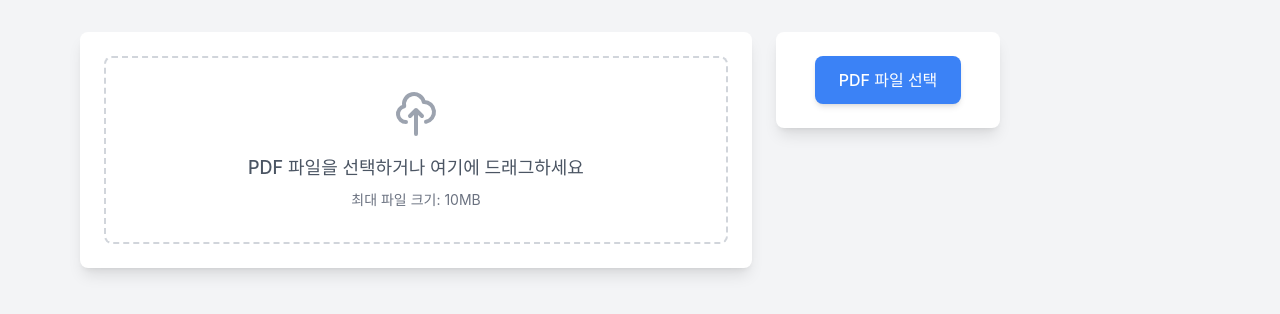
Repository: orcaCrew/PDF-Handler
Page: /
The author's editor kept a copy of each file at every save. The page is drawn from the files as they stood at one save, then again after the next save.
The browser window is 1280 px wide. The pictures show the whole page.
The project was rebuilt for these pictures with package versions that can differ from the ones it lists, and the page was loaded fresh each time.

Above is the page before, as saved 2025-07-18 16:21:23.

### public/index.html
<!DOCTYPE html>
<html lang="ko">
  <head>
    <meta charset="utf-8" />
    <link rel="icon" href="%PUBLIC_URL%/favicon.ico" />
    <meta name="viewport" content="width=device-width, initial-scale=1" />
    <meta name="theme-color" content="#000000" />
    <meta
      name="description"
      content="PDF 파일 미리보기 애플리케이션"
    />
    <title>PDF 미리보기</title>
  </head>
  <body>
    <noscript>이 앱을 실행하려면 JavaScript를 활성화해야 합니다.</noscript>
    <div id="root"></div>
  </body>
</html>

### src/App.js
import React, { useState, useRef, useEffect } from 'react';
import { Document, Page, pdfjs } from 'react-pdf';
import 'react-pdf/dist/esm/Page/AnnotationLayer.css';
import 'react-pdf/dist/esm/Page/TextLayer.css';

pdfjs.GlobalWorkerOptions.workerSrc = `//cdnjs.cloudflare.com/ajax/libs/pdf.js/${pdfjs.version}/pdf.worker.min.js`;

function App() {
  const [file, setFile] = useState(null);
  const [numPages, setNumPages] = useState(null);
  const [pageNumber, setPageNumber] = useState(1);
  const [loading, setLoading] = useState(false);
  const [isDragOver, setIsDragOver] = useState(false);
  const [loadedPages, setLoadedPages] = useState(new Set());
  const [displayedPages, setDisplayedPages] = useState(3); // lazy 로드 시작 수
  const fileInputRef = useRef(null);
  const loaderRef = useRef(null); // 스크롤 lazy 트리거용

  // Intersection Observer로 lazy loading 구현
  useEffect(() => {
    if (!loaderRef.current) return;
    const observer = new IntersectionObserver(
      ([entry]) => {
        if (entry.isIntersecting && numPages && displayedPages < numPages) {
          setDisplayedPages(prev => Math.min(prev + 3, numPages));
        }
      },
      { threshold: 1 }
    );
    observer.observe(loaderRef.current);
    return () => observer.disconnect();
  }, [displayedPages, numPages]);

  const onFileChange = (event) => {
    const { files } = event.target;
    if (files && files[0]) {
      setFile(files[0]);
      setPageNumber(1);
      setLoadedPages(new Set());
      setDisplayedPages(3);
    }
    event.target.value = '';
  };

  const handleDragOver = (e) => {
    e.preventDefault();
    setIsDragOver(true);
  };

  const handleDragLeave = (e) => {
    e.preventDefault();
    setIsDragOver(false);
  };

  const handleDrop = (e) => {
    e.preventDefault();
    setIsDragOver(false);
    const droppedFiles = e.dataTransfer.files;
    if (droppedFiles && droppedFiles[0]) {
      const droppedFile = droppedFiles[0];
      if (droppedFile.type === 'application/pdf') {
        setFile(droppedFile);
        setPageNumber(1);
        setLoadedPages(new Set());
        setDisplayedPages(3);
      } else {
        alert('PDF 파일만 업로드 가능합니다.');
      }
    }
  };

  const onDocumentLoadSuccess = ({ numPages }) => {
    setNumPages(numPages);
    setLoading(false);
  };

  const onDocumentLoadError = (error) => {
    console.error('PDF 로드 오류:', error);
    setLoading(false);
  };

  const onPageLoadSuccess = (pageNumber) => {
    setLoadedPages(prev => {
      const newSet = new Set([...prev, pageNumber]);
      return newSet;
    });
  };

  return (
    <div className="min-h-screen bg-gray-100 py-8">
      <div className="max-w-6xl mx-auto px-4 space-y-6">
        <div className="flex flex-col lg:flex-row gap-6">
          {/* 미리보기 영역 */}
          <div className="lg:w-3/5">
            <div className="bg-white rounded-lg shadow-lg p-6">
              {file ? (
                <div className="space-y-6">
                  <div className="flex items-center justify-between">
                    <h2 className="text-xl font-semibold text-gray-800">
                      {file.name}
                    </h2>
                    <div className="text-gray-600">
                      총 {numPages || '...'} 페이지
                    </div>
                  </div>

                  <div className="space-y-4 max-h-[40rem] overflow-y-auto">
                    {loading && (
                      <div className="flex items-center justify-center p-8">
                        <div className="animate-spin rounded-full h-8 w-8 border-b-2 border-blue-500"></div>
                        <span className="ml-2 text-gray-600">PDF 로딩 중...</span>
                      </div>
                    )}

                    <Document
                      file={file}
                      onLoadSuccess={onDocumentLoadSuccess}
                      onLoadError={onDocumentLoadError}
                      onLoadStart={() => setLoading(true)}
                      loading={
                        <div className="flex items-center justify-center p-8">
                          <div className="animate-spin rounded-full h-8 w-8 border-b-2 border-blue-500"></div>
                          <span className="ml-2 text-gray-600">PDF 로딩 중...</span>
                        </div>
                      }
                    >
                      {numPages &&
                        Array.from(
                          new Array(Math.min(displayedPages, numPages)),
                          (el, index) => (
                            <div
                              key={`page_${index + 1}`}
                              className={`border-2 rounded-lg p-4 bg-white hover:shadow-md transition-shadow cursor-pointer ${
                                pageNumber === index + 1
                                  ? 'border-blue-500 bg-blue-50'
                                  : 'border-gray-200'
                              }`}
                              onClick={() => setPageNumber(index + 1)}
                            >
                              <div className="flex items-center space-x-4">
                                <div className="flex-shrink-0">
                                  <Page
                                    pageNumber={index + 1}
                                    width={120}
                                    renderTextLayer={false}
                                    renderAnnotationLayer={false}
                                    onLoadSuccess={() => onPageLoadSuccess(index + 1)}
                                    loading={
                                      <div className="w-30 h-40 bg-gray-200 rounded flex items-center justify-center">
                                        <div className="animate-spin rounded-full h-6 w-6 border-b-2 border-blue-500"></div>
                                      </div>
                                    }
                                  />
                                </div>
                                <div className="flex-1">
                                  <h3 className="text-lg font-semibold text-gray-800">
                                    {index + 1} 페이지
                                  </h3>
                                </div>
                              </div>
                            </div>
                          )
                        )}
                    </Document>

                    {/* lazy-load 트리거 */}
                    <div ref={loaderRef} className="h-12" />
                  </div>
                </div>
              ) : (
                <div
                  className={`border-2 border-dashed rounded-lg p-8 text-center transition-colors h-full flex items-center justify-center ${
                    isDragOver
                      ? 'border-blue-500 bg-blue-50'
                      : 'border-gray-300 hover:border-blue-400'
                  }`}
                  onDragOver={handleDragOver}
                  onDragLeave={handleDragLeave}
                  onDrop={handleDrop}
                >
                  <label
                    htmlFor="file-upload"
                    className="cursor-pointer flex flex-col items-center"
                  >
                    <svg
                      className="w-12 h-12 text-gray-400 mb-4"
                      fill="none"
                      stroke="currentColor"
                      viewBox="0 0 24 24"
                    >
                      <path
                        strokeLinecap="round"
                        strokeLinejoin="round"
                        strokeWidth={2}
                        d="M7 16a4 4 0 01-.88-7.903A5 5 0 1115.9 6L16 6a5 5 0 011 9.9M15 13l-3-3m0 0l-3 3m3-3v12"
                      />
                    </svg>
                    <span className="text-lg font-medium text-gray-600">
                      PDF 파일을 선택하거나 여기에 드래그하세요
                    </span>
                    <span className="text-sm text-gray-500 mt-2">
                      최대 파일 크기: 10MB
                    </span>
                  </label>
                </div>
              )}
            </div>
          </div>

          {/* 선택 버튼 영역 */}
          <div className="lg:w-1/5">
            <div className="bg-white rounded-lg shadow-lg p-6">
              <div className="flex justify-center">
                <button
                  onClick={() => {
                    fileInputRef.current?.click();
                  }}
                  className="px-6 py-3 bg-blue-500 text-white rounded-lg hover:bg-blue-600 transition-colors font-medium shadow-md"
                >
                  {file ? 'PDF 파일 변경' : 'PDF 파일 선택'}
                </button>
              </div>
              <input
                ref={fileInputRef}
                type="file"
                accept=".pdf"
                onChange={onFileChange}
                className="hidden"
                id="file-upload"
              />
            </div>
          </div>
        </div>
      </div>
    </div>
  );
}

export default App;

Loaded but not shown: src/index.js (common file); src/index.css (common file); tailwind.config.js (common file)

After the next save:
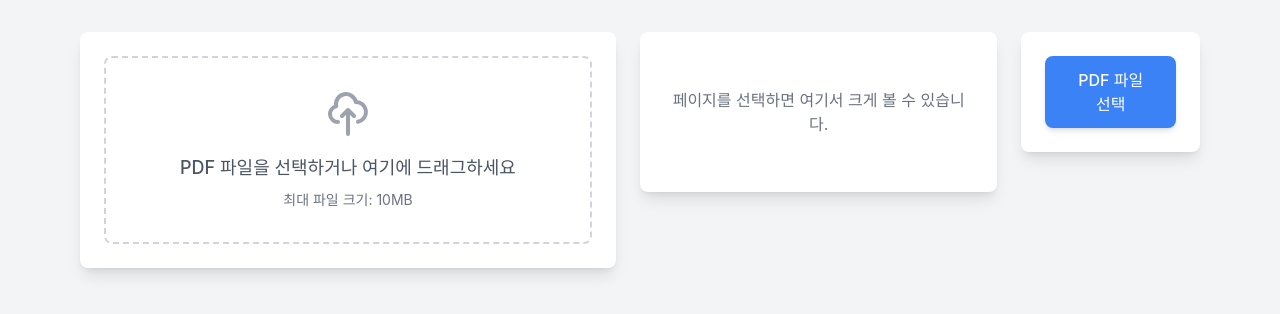
Saved 10 s later.
--- a/src/App.js
+++ b/src/App.js
@@ -207,6 +207,52 @@ function App() {
             </div>
           </div>
 
+          {/* 선택된 페이지 크게 보기 영역 */}
+          <div className="lg:w-2/5">
+            <div className="bg-white rounded-lg shadow-lg p-6">
+              {file && pageNumber ? (
+                <div className="space-y-4">
+                  <div className="flex items-center justify-between">
+                    <h3 className="text-lg font-semibold text-gray-800">
+                      선택된 페이지
+                    </h3>
+                    <span className="text-sm text-gray-600">
+                      {pageNumber} / {numPages}
+                    </span>
+                  </div>
+
+                  <div className="flex justify-center">
+                    <div className="border border-gray-300 rounded-lg shadow-lg bg-white">
+                      <Document
+                        file={file}
+                        onLoadSuccess={onDocumentLoadSuccess}
+                        onLoadError={onDocumentLoadError}
+                        onLoadStart={() => setLoading(true)}
+                        loading={
+                          <div className="flex items-center justify-center p-8">
+                            <div className="animate-spin rounded-full h-8 w-8 border-b-2 border-blue-500"></div>
+                            <span className="ml-2 text-gray-600">PDF 로딩 중...</span>
+                          </div>
+                        }
+                      >
+                        <Page
+                          pageNumber={pageNumber}
+                          width={Math.min(window.innerWidth * 0.4 - 100, 600)}
+                          renderTextLayer={false}
+                          renderAnnotationLayer={false}
+                        />
+                      </Document>
+                    </div>
+                  </div>
+                </div>
+              ) : (
+                <div className="text-center text-gray-500 py-8">
+                  <p>페이지를 선택하면 여기서 크게 볼 수 있습니다.</p>
+                </div>
+              )}
+            </div>
+          </div>
+
           {/* 선택 버튼 영역 */}
           <div className="lg:w-1/5">
             <div className="bg-white rounded-lg shadow-lg p-6">
